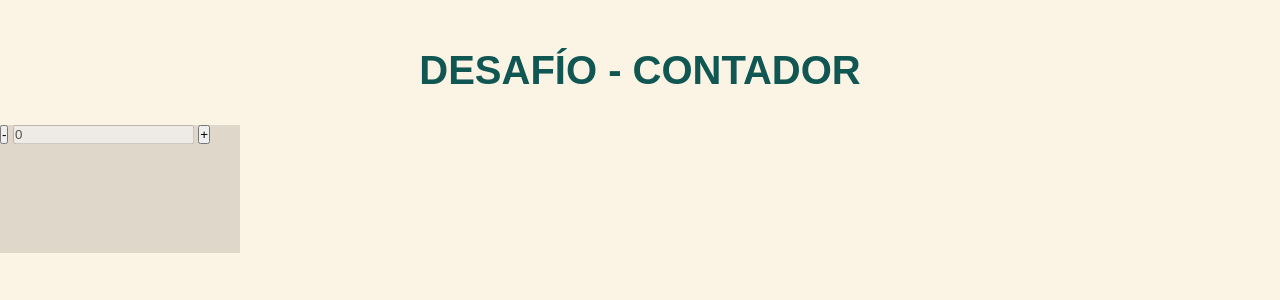
Repository: r-urchi/vue-coderhouse
Page: index.html
An editor plug-in stored every save of this project. The page is shown before and after a run of saves, followed by the edit.
The browser window is 1280 px wide. The pictures show the whole page.
The style sheet was rebuilt from its Sass, Less or Tailwind sources for each picture, by a compiler version that may differ from the author's.

Above is the page before, as saved 2021-11-13 11:02:05.

### index.html
<!DOCTYPE html>
<html lang="en">
<head>
    <meta charset="UTF-8">
    <meta http-equiv="X-UA-Compatible" content="IE=edge">
    <meta name="viewport" content="width=device-width, initial-scale=1.0">
    <link rel="stylesheet" href="css/main.css">
    <script src="https://cdn.jsdelivr.net/npm/vue@2.6.14/dist/vue.js"></script>
    <script defer src="js/app.js"></script>
    <title>Clase 2</title>
</head>
<body>

    <div id="app">

        <h1>Desafío - Contador</h1>
        <div class="counter__container">
            <button v-on:click=subtract() class="counter__btn">-</button>
            <input type="number" v-bind:value="counterValue" class="counter__value" disabled/>
            <button v-on:click=add() class="counter__btn">+</button>
        </div>

    </div>

</body>
</html>

### js/app.js
var app = new Vue({
    el: '#app',
    data: {
      counter: 0,
    },
    methods: {
        add(){
            this.counter++;
        },
        subtract(){
            this.counter === 0 ? this.counter = 0 : this.counter--;
        },
    },
    computed: {
        counterValue(){
            return this.counter
        },
    },
});

### css/main.sass
@import _basic

@import _counter

### css/_basic.sass
*
    margin: 0
    padding: 0
    box-sizing: border-box

body
    background: #FBF3E4
    font-family: sans-serif
    color: #105652

#app
    width: 100%
    height: 100%

### css/_counter.sass
h1
    text-align: center
    text-transform: uppercase
    font-size: 2.5rem
    margin: 3rem auto 2rem auto

.counter__container
    width: 15rem
    height: 8rem
    background: #DFD8CA

After the next 3 saves:
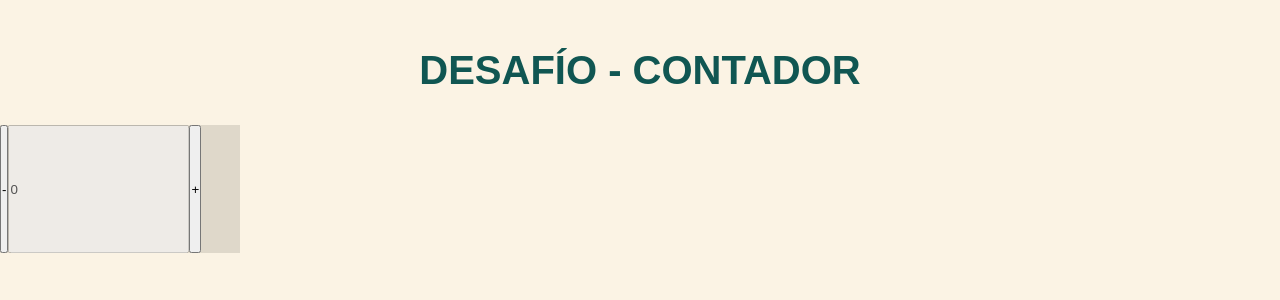
The 3 saves are shown as one change because they came seconds apart.
The last was saved 14 s later.
--- a/css/_counter.sass
+++ b/css/_counter.sass
@@ -8,3 +8,5 @@ h1
     width: 15rem
     height: 8rem
     background: #DFD8CA
+    display: flex
+    jus
